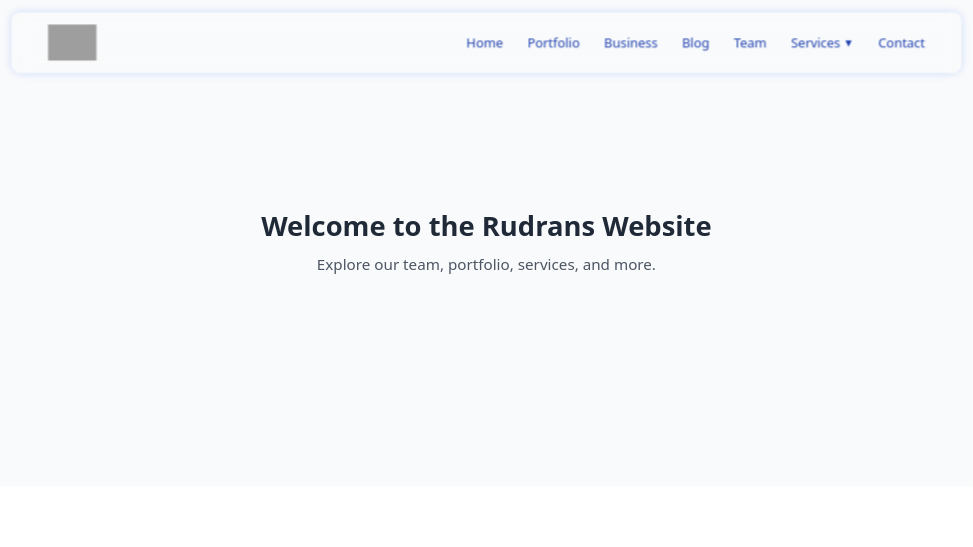
Repository: Rudra-Eswaran/Rudra_Official
Page: /
The author's editor kept a copy of each file at every save. The page is drawn from the files as they stood at one save, then again after a run of saves.
The browser window is 1280 px wide. The pictures show the whole page, at 76% of full size.
Pictures or frames that could not be fetched are drawn as grey boxes. Some web libraries are served in a nearby version. The project was rebuilt for these pictures with package versions that can differ from the ones it lists, and the page was loaded fresh each time. Also part of the build but not shown: vite.config.js.

Above is the page before, as saved 2025-04-16 16:28:38.

After the next 2 saves:
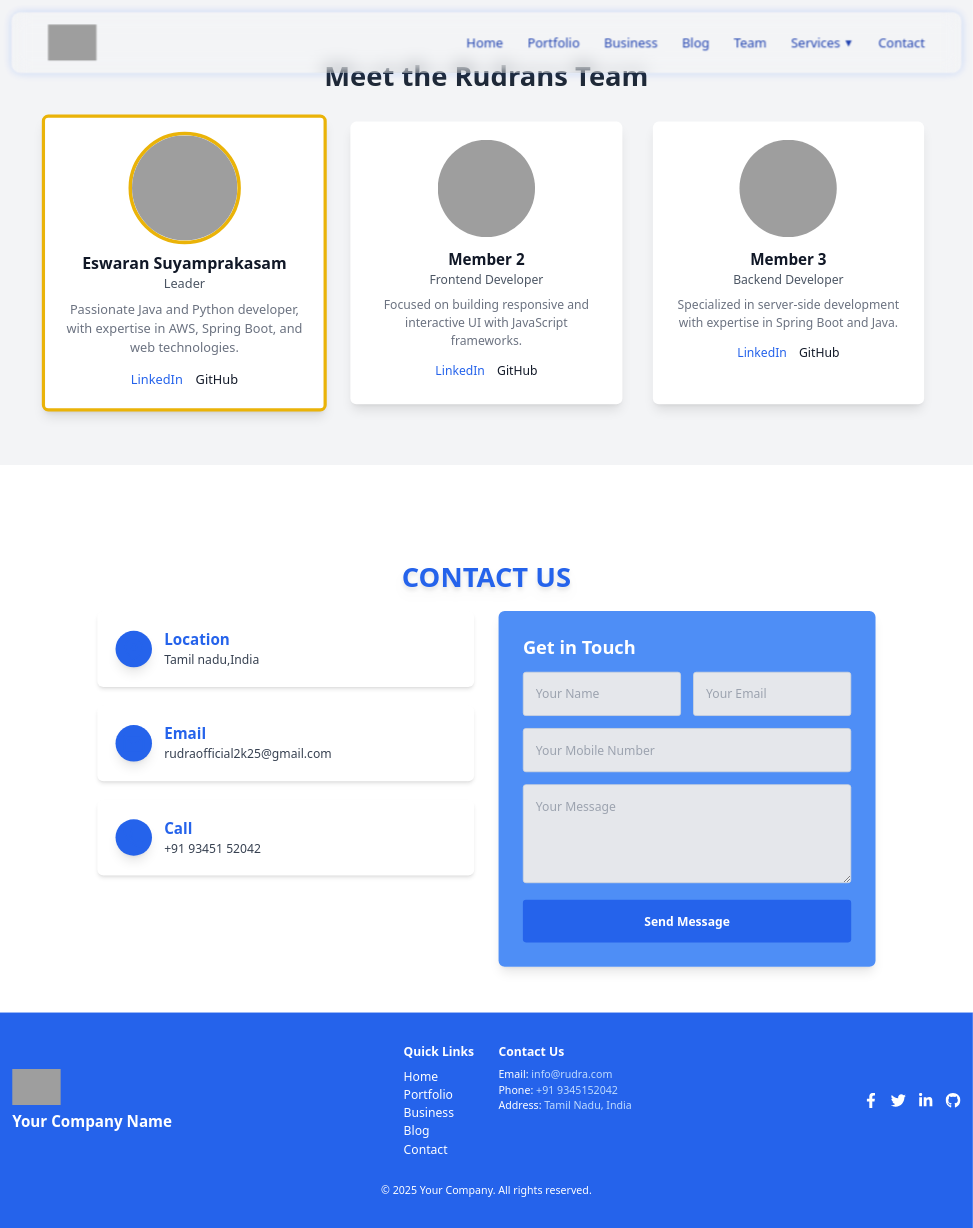
The 2 saves are shown as one change because they came seconds apart.
The last was saved 72 s later.
--- a/src/App.jsx
+++ b/src/App.jsx
@@ -1,24 +1,15 @@
-import React from "react";
-import Navbar from "./components/Navbar"; // Assuming your Navbar component is in the same folder
+import Navbar from "./components/Navbar";
+import Footer from "./pages/Footer";
+import Contact from "./pages/Contactus";
+import Rudrans from "./pages/Rudrans";
 
-const App = () => {
+export default function App() {
   return (
-    <div>
-      {/* Floating Navbar */}
+    <>
       <Navbar />
-
-      {/* Content below the Navbar */}
-      <div className="min-h-[calc(100vh-80px)] bg-gray-50 flex justify-center items-center">
-        <div className="max-w-4xl text-center p-8">
-          <h1 className="text-4xl font-bold text-gray-800">Welcome to the Rudrans Website</h1>
-          <p className="mt-4 text-xl text-gray-600">
-            Explore our team, portfolio, services, and more.
-          </p>
-          {/* Add more content here */}
-        </div>
-      </div>
-    </div>
+      <Rudrans/>
+      <Contact/>
+      <Footer/>
+    </>
   );
-};
-
-export default App;
+}
